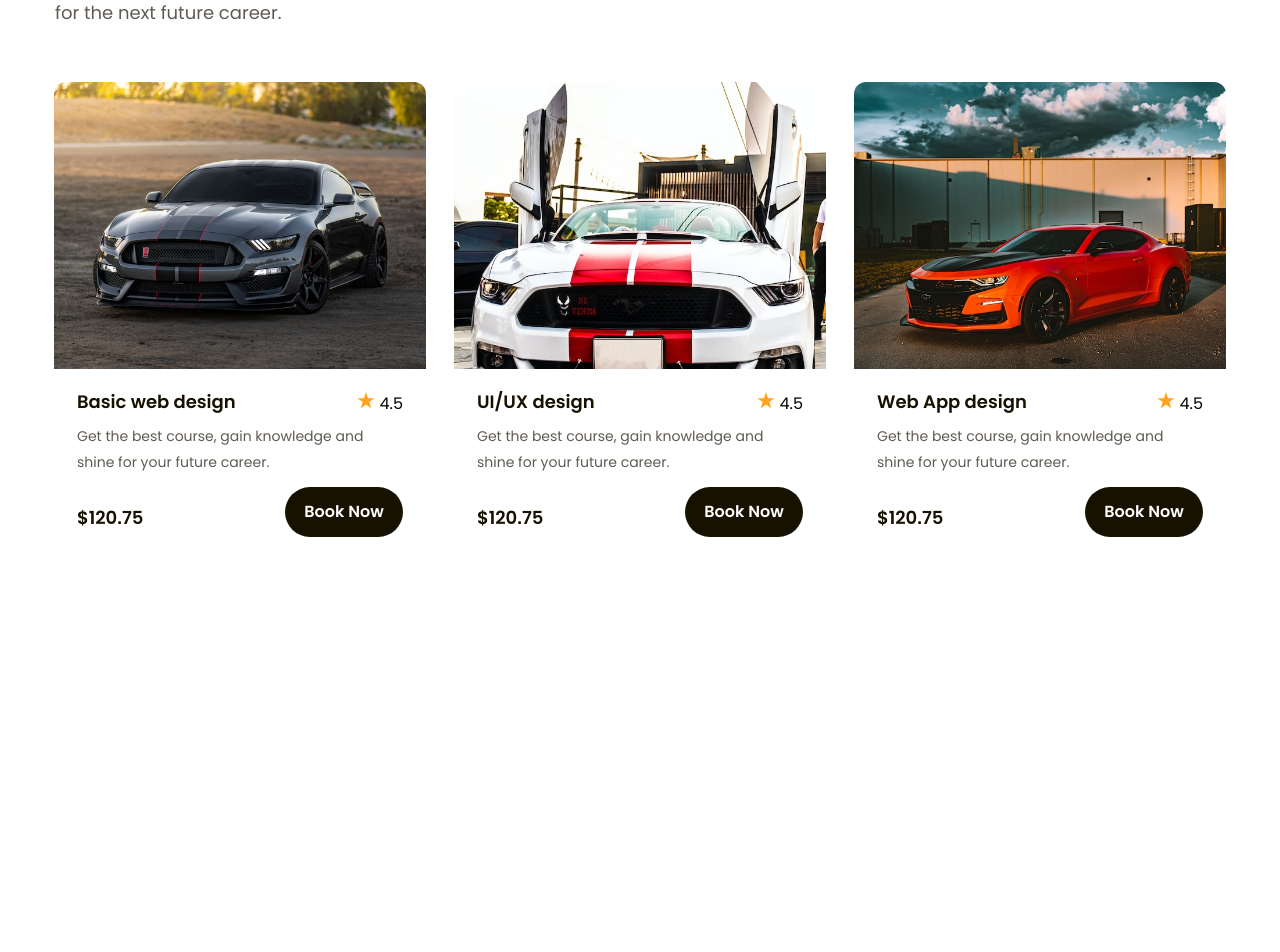
Repository: dongnguyen2112/htmlcss-project-02
Page: index.html
These files come from the project's save history. The page is drawn as it stood at one moment and after the next save; the edit follows.
The browser window is 1280 px wide. The pictures show the part of the page from y = 1196 to 2148 px (the page is 5000 px tall).
A picture or video elsewhere on the page could not be fetched, so the positions and the page height are approximate.

Above is the page before, as saved 2023-07-06 13:31:51.

After the next save:
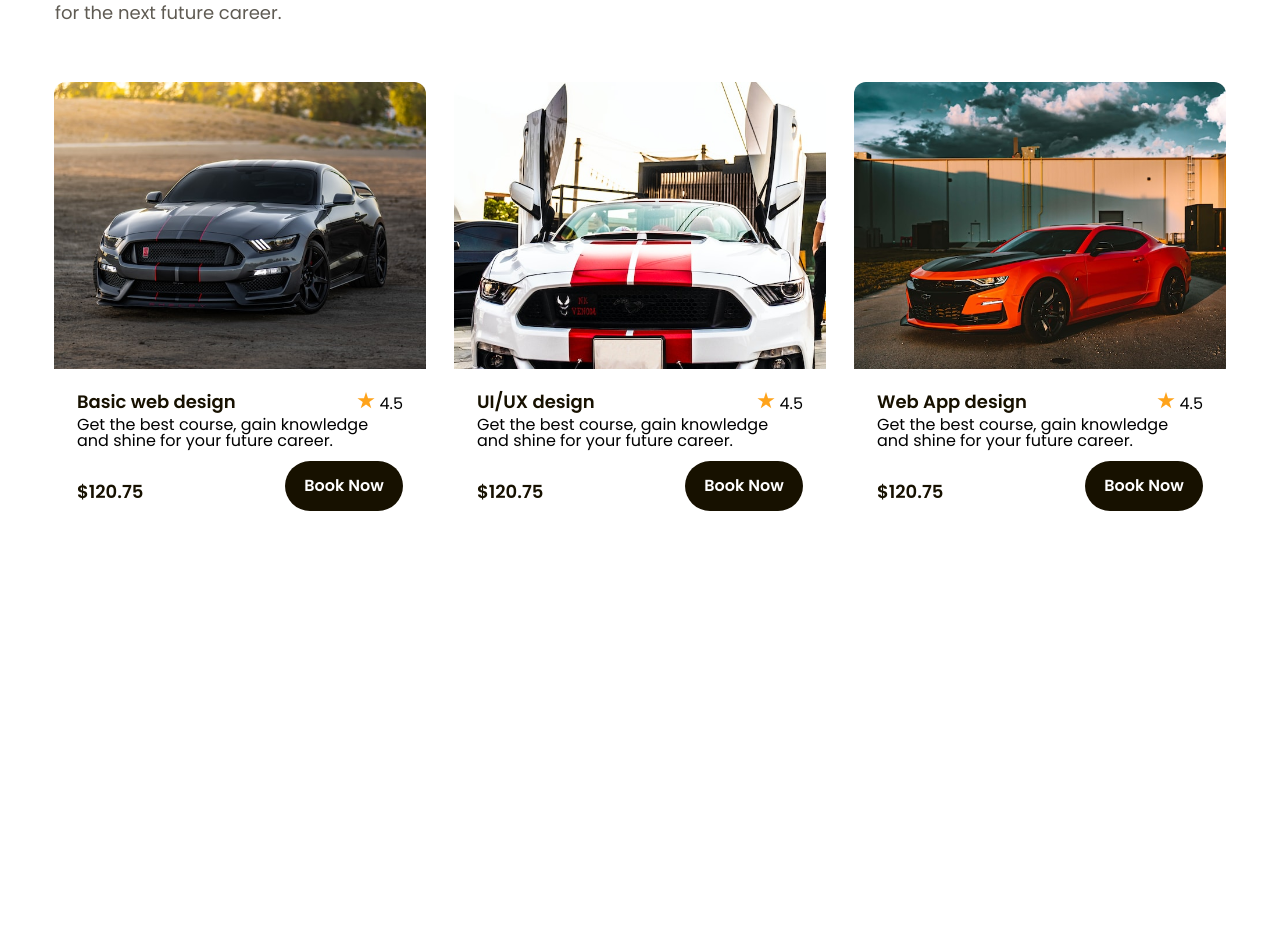
Saved 62 s later.
--- a/assets/css/styles.css
+++ b/assets/css/styles.css
@@ -263,7 +263,7 @@
     font-weight: 600;
     line-height: 1.67;
 }
-
+.popular .course-item .
 .popular .course-item .desc {
     color: #5f5b53;
     font-size: 1.4rem;

After the 2 saves that followed:
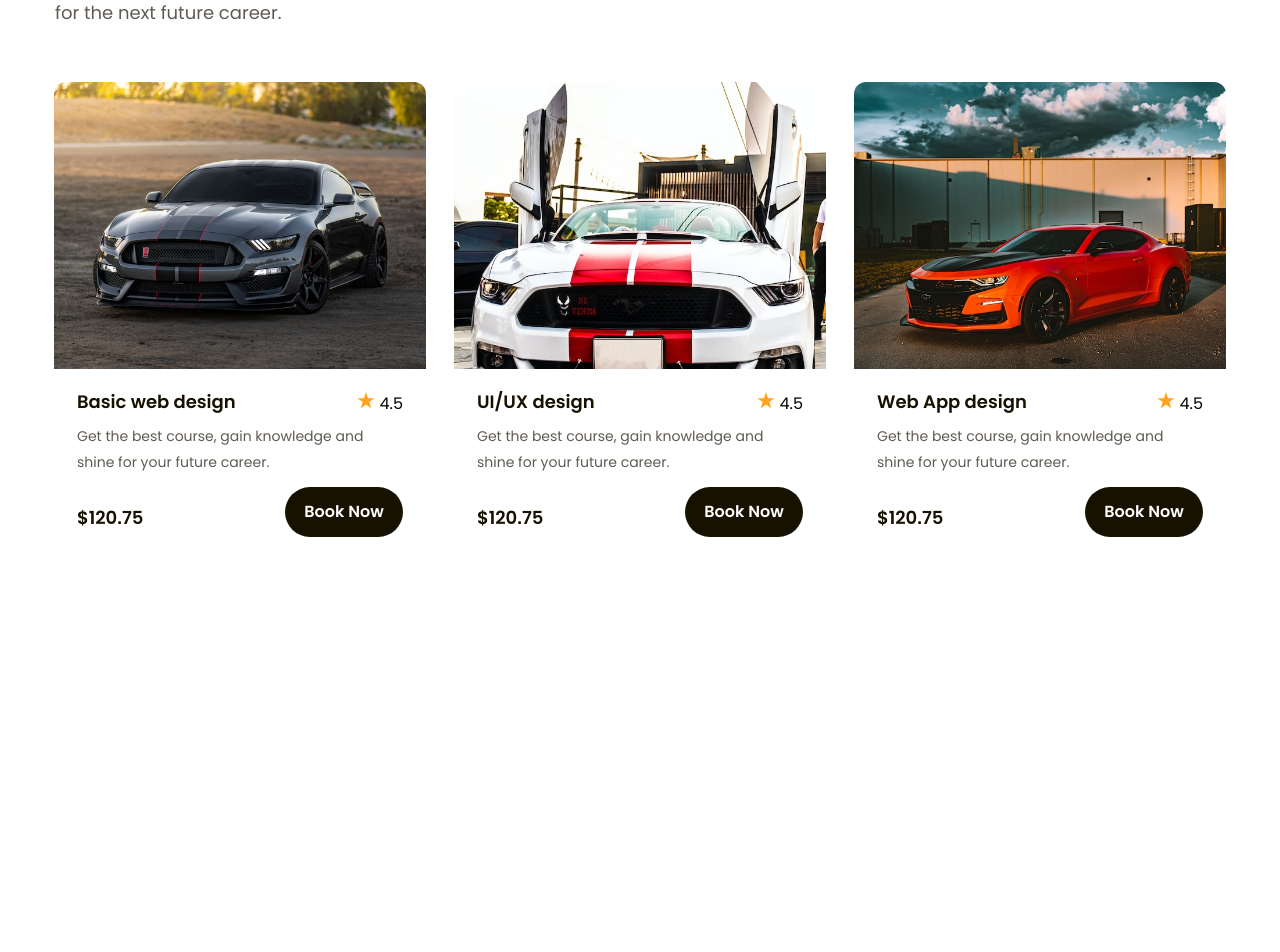
The 2 saves are shown as one change because 1 left the picture as it was.
The last was saved 10 s later.
--- a/assets/css/styles.css
+++ b/assets/css/styles.css
@@ -263,7 +263,9 @@
     font-weight: 600;
     line-height: 1.67;
 }
-.popular .course-item .
+.popular .course-item .rating{
+
+}
 .popular .course-item .desc {
     color: #5f5b53;
     font-size: 1.4rem;
